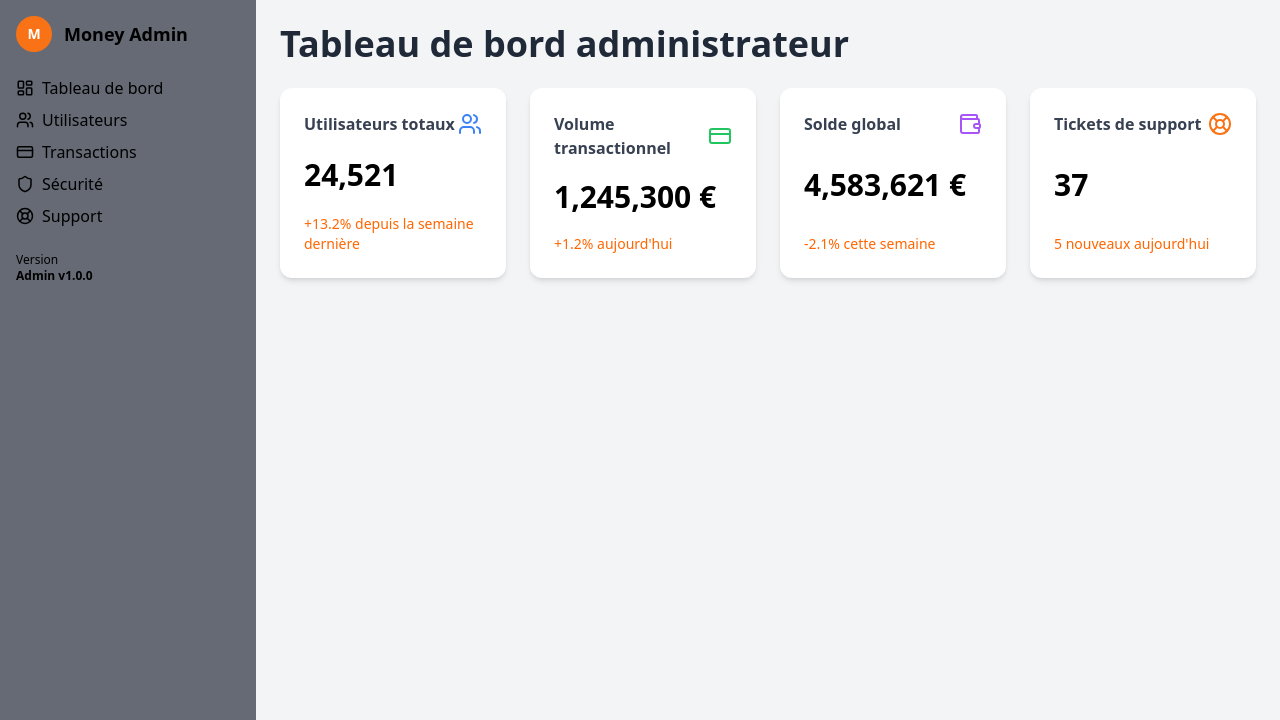
Repository: Edongo999/Dashboard
Page: /
An editor plug-in stored every save of this project. The page is shown before and after the next save, followed by the edit.
The browser window is 1280 px wide. The pictures show the whole page.
The project was rebuilt for these pictures with package versions that can differ from the ones it lists, and the page was loaded fresh each time. Also part of the build but not shown: vite.config.ts.

Above is the page before, as saved 2025-10-13 13:55:05.

After the next save:
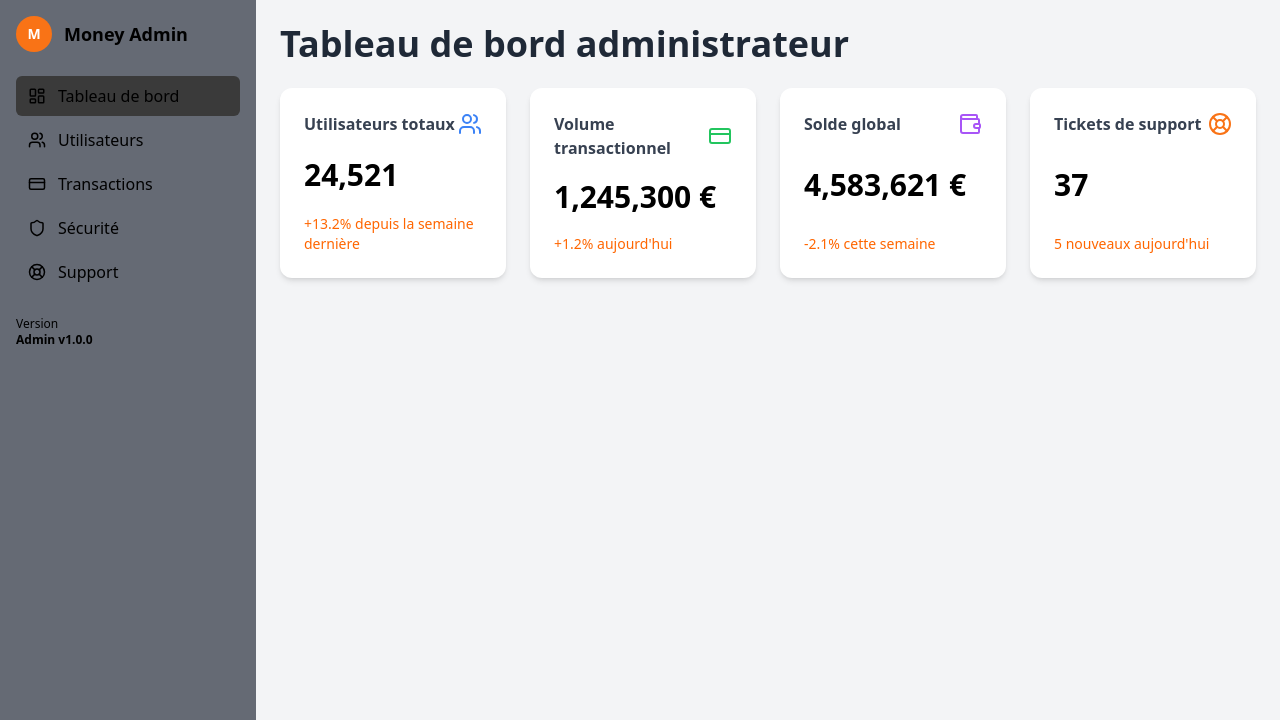
Saved 4 min 6 s later.
--- a/src/components/Sidebar.tsx
+++ b/src/components/Sidebar.tsx
@@ -10,6 +10,15 @@ import { useState } from "react"
 
 const Sidebar = () => {
   const [open, setOpen] = useState(false)
+  const [active, setActive] = useState("Tableau de bord")
+
+  const menuItems = [
+    { label: "Tableau de bord", icon: <LayoutDashboard size={18} /> },
+    { label: "Utilisateurs", icon: <Users size={18} /> },
+    { label: "Transactions", icon: <CreditCard size={18} /> },
+    { label: "Sécurité", icon: <Shield size={18} /> },
+    { label: "Support", icon: <LifeBuoy size={18} /> }
+  ]
 
   return (
     <>
@@ -37,12 +46,22 @@ const Sidebar = () => {
             <span className="text-lg font-semibold whitespace-nowrap">Money Admin</span>
           </div>
 
-          <ul className="menu space-y-2">
-            <li><a className="flex items-center gap-2"><LayoutDashboard size={18} />Tableau de bord</a></li>
-            <li><a className="flex items-center gap-2"><Users size={18} />Utilisateurs</a></li>
-            <li><a className="flex items-center gap-2"><CreditCard size={18} />Transactions</a></li>
-            <li><a className="flex items-center gap-2"><Shield size={18} />Sécurité</a></li>
-            <li><a className="flex items-center gap-2"><LifeBuoy size={18} />Support</a></li>
+          <ul className="menu space-y-1">
+            {menuItems.map((item) => (
+              <li key={item.label}>
+                <a
+                  onClick={() => setActive(item.label)}
+                  className={`flex items-center gap-3 py-2 px-3 rounded-md transition-all duration-300 ${
+                    active === item.label
+                      ? "bg-[#3A3A3A]"
+                      : "hover:bg-neutral-600 hover:scale-[1.02]"
+                  }`}
+                >
+                  {item.icon}
+                  {item.label}
+                </a>
+              </li>
+            ))}
           </ul>
         </div>
 
